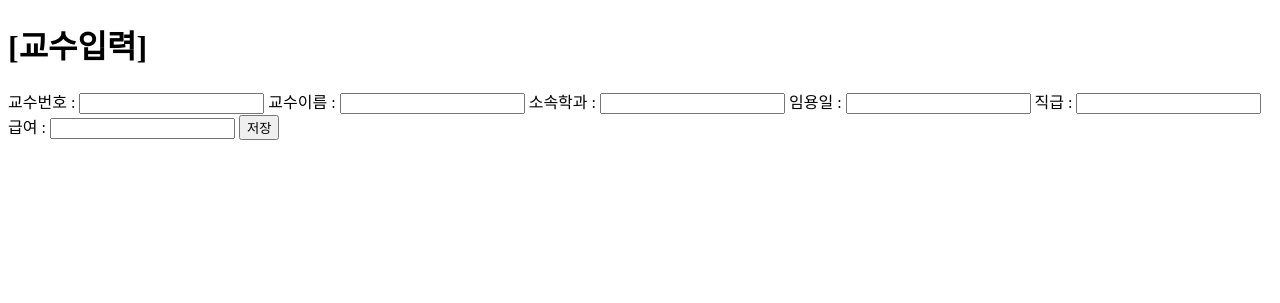
Repository: whwlsghkstm/html
Page: Ex0507/WebContent/pinsert.html
These files come from the project's save history. The page is drawn as it stood at one moment and after the next save; the edit follows.
The browser window is 1280 px wide. The pictures show the whole page.

Above is the page before, as saved 2020-05-07 01:11:23.

### Ex0507/WebContent/pinsert.html
<!DOCTYPE html>
<html>
<head>
	<meta charset="UTF-8">
	<title>교수입력</title>
</head>
<body>
	<h1>[교수입력]</h1>
	<div>
		교수번호 : <input type="text" id="textpcode">
		교수이름 : <input type="text" id="textpname">
		소속학과 : <input type="text" id="textdept">
		임용일 : <input type="text" id="texthiredate">
		직급 : <input type="text" id="texttitle">
		급여 : <input type="text" id="textsalary">
		<input type="button" id="btnInsert" value="저장">
	</div>
</body>
</html>

After the next save:
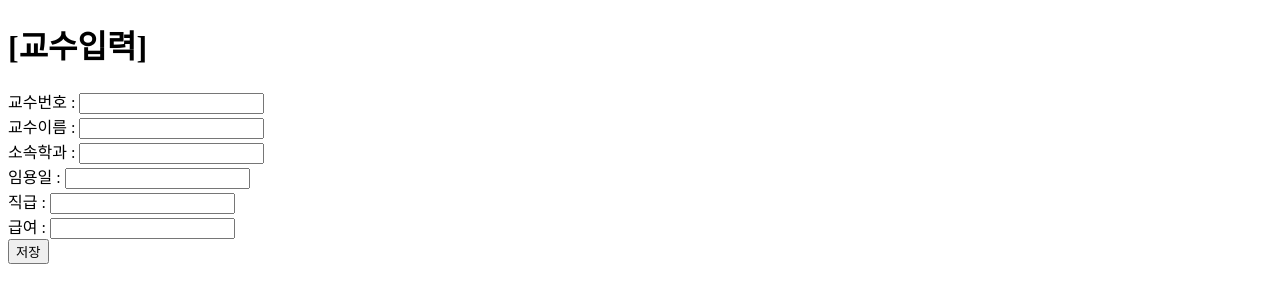
Saved 42 s later.
--- a/Ex0507/WebContent/pinsert.html
+++ b/Ex0507/WebContent/pinsert.html
@@ -7,12 +7,12 @@
 <body>
 	<h1>[교수입력]</h1>
 	<div>
-		교수번호 : <input type="text" id="textpcode">
-		교수이름 : <input type="text" id="textpname">
-		소속학과 : <input type="text" id="textdept">
-		임용일 : <input type="text" id="texthiredate">
-		직급 : <input type="text" id="texttitle">
-		급여 : <input type="text" id="textsalary">
+		교수번호 : <input type="text" id="textpcode"><br>
+		교수이름 : <input type="text" id="textpname"><br>
+		소속학과 : <input type="text" id="textdept"><br>
+		임용일 : <input type="text" id="texthiredate"><br>
+		직급 : <input type="text" id="texttitle"><br>
+		급여 : <input type="text" id="textsalary"><br>
 		<input type="button" id="btnInsert" value="저장">
 	</div>
 </body>
